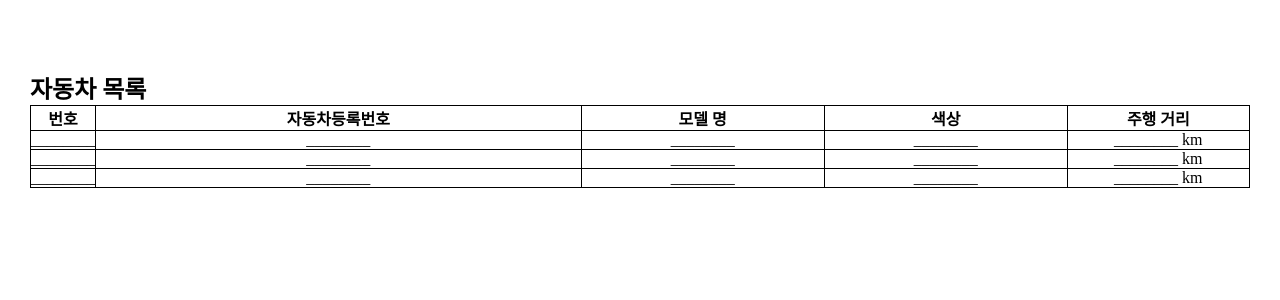
Repository: HI-CLAIRE/s.s.a.f.y_java
Page: Vue.js/Homework/vue_ws_02_1-master/list.html
An editor plug-in stored every save of this project. The page is shown before and after the next save, followed by the edit.
The browser window is 1280 px wide. The pictures show the whole page.

Above is the page before, as saved 2022-11-08 08:56:34.

### Vue.js/Homework/vue_ws_02_1-master/list.html
<!DOCTYPE html>
<html lang="ko">
  <head>
    <meta charset="UTF-8" />
    <meta name="viewport" content="width=device-width, initial-scale=1.0" />
    <title>자동차정보사이트</title>
    <link rel="stylesheet" href="./css/main.css" />
    <!-- Vue CDN -->
    <script src="https://cdn.jsdelivr.net/npm/vue@2/dist/vue.js"></script>
  </head>
  <body>
    <div id="app">
        <div class="header">
          <div>
            <a href="index.html" class="logo">자동차관리</a>
          </div>
          <div>
            <a href="create.html">자동차등록</a>
            <a href="list.html">자동차목록</a>
          </div>
        </div>
      <div class="container">
        <h2>자동차 목록</h2>
        <div v-if="cars.length">
          <table class="car-list">
            <colgroup>
              <col style="width: 5%" />
              <col style="width: 40%" />
              <col style="width: 20%" />
              <col style="width: 20%" />
              <col style="width: 15%" />
            </colgroup>
            <thead>
              <tr>
                <th>번호</th>
                <th>자동차등록번호</th>
                <th>모델 명</th>
                <th>색상</th>
                <th>주행 거리</th>
              </tr>
            </thead>
            <tbody>
              <!-- 반복문을 통해 출력한다. -->
              <tr v-for="(car, index) in cars" :key="index">
                <td>________</td>
                <td>________</td>
                <td>________</td>
                <td>________</td>
                <td>________ km</td>
              </tr>
            </tbody>
          </table>
        </div>
        <div v-else>등록된 자동차가 없습니다.</div>
      </div>
    </div>
    <script>
      new Vue({
        el: "#app",
        name: "list",
        data: {
          cars: [
            {
              vin: "KMHXX00XXXX000000",
              modelName: "소나타",
              color: "dark blue",
              mileage: 20000,
            },
            {
              vin: "KMHXX00XXXX000001",
              modelName: "아반떼",
              color: "gray",
              mileage: 1000,
            },
            {
              vin: "KNHXX00XXXX000001",
              modelName: "쏘렌토",
              color: "black",
              mileage: 100000,
            },
          ],
        },
      });
    </script>
  </body>
</html>

### Vue.js/Homework/vue_ws_02_1-master/css/main.css
/* 초기화 작업 */
* {
  margin: 0;
  padding: 0;
  box-sizing: border-box;
  list-style: none;
}

a {
  text-decoration: none;
  color: white;
}

.text-center {
  text-align: center;
 }

/* header 태그 안에 CSS 속성 */
header {
  height: 70px;
  background-color: skyblue;
  line-height: 70px;
  padding: 0px 30px;
}

.header-nav {
  display: flex;
  justify-content: space-between;
}

.logo {
  display: inline-block;
  font-size: 2rem;
  font-weight: bold;
  color: white;
}


/* content CSS */

.container {
  margin: 0px 30px;
}

.view {
  width: 80%;
  padding: 12px 20px;
  margin: 8px 0;
  display: inline-block;
  border: 1px solid #ccc;
  border-radius: 4px;
  box-sizing: border-box;
  color: #787878;
  font-size: medium;
}

label {
  display: inline-block;
  width: 130px;
}

.btn {
  width: 8%;
  background-color: #d0d3d0;
  color: rgb(80, 82, 79);
  padding: 14px 20px;
  margin: 8px 0;
  border: 1px solid #787878;
  border-radius: 4px;
  font-size: large;
  cursor: pointer;
}

/* 테이블 CSS */
.car-list {
  border-collapse: collapse;
  width: 100%;
  text-align: center;
  margin: auto;
}

.car-list td,
.car-list th {
  border: 1px solid black;
}

After the next save:
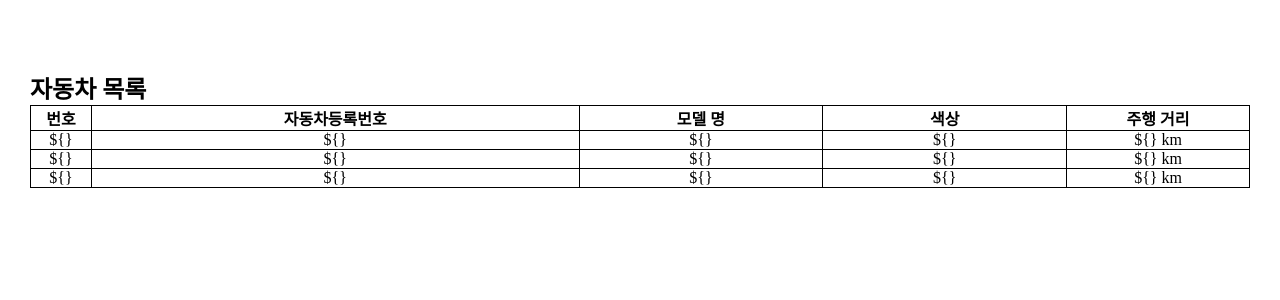
Saved 16 s later.
--- a/Vue.js/Homework/vue_ws_02_1-master/list.html
+++ b/Vue.js/Homework/vue_ws_02_1-master/list.html
@@ -42,11 +42,11 @@
             <tbody>
               <!-- 반복문을 통해 출력한다. -->
               <tr v-for="(car, index) in cars" :key="index">
-                <td>________</td>
-                <td>________</td>
-                <td>________</td>
-                <td>________</td>
-                <td>________ km</td>
+                <td>${}</td>
+                <td>${}</td>
+                <td>${}</td>
+                <td>${}</td>
+                <td>${} km</td>
               </tr>
             </tbody>
           </table>
